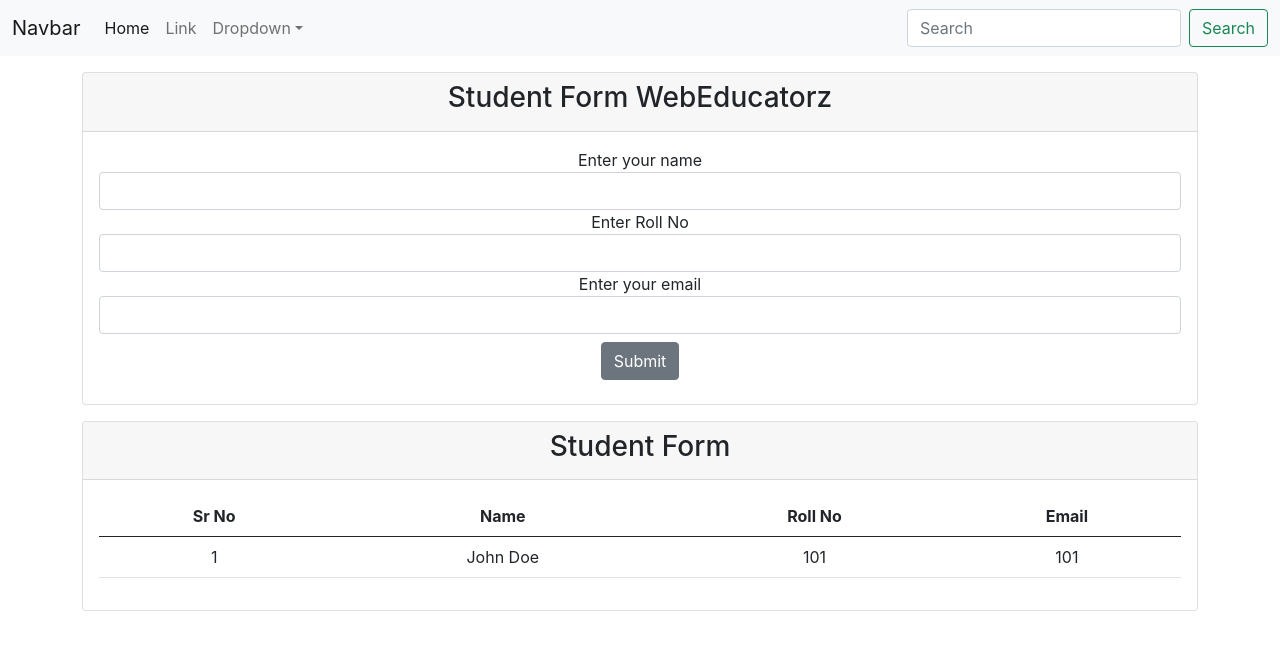
Repository: Ali0548/WebEducatorz-Batch6-7-9-10
Page: / (app in frontend/)
The author's editor kept a copy of each file at every save. The page is drawn from the files as they stood at one save, then again after the next save.
The browser window is 1280 px wide. The pictures show the whole page.
The project was rebuilt for these pictures with package versions that can differ from the ones it lists, and the page was loaded fresh each time.

Above is the page before, as saved 2023-11-26 16:48:57.

### frontend/src/App.js
import logo from './logo.svg';
import './App.css';
import Navbar from './components/Navbar';
import StudentForm from './components/StudentForm';
import ViewStudents from './components/ViewStudents';

function App() {
  return (
    <div className="App">
      <Navbar />
      <StudentForm />
      <ViewStudents />
    </div>
  );
}

export default App;

### frontend/src/components/Navbar.jsx
import React from 'react'

const Navbar = () => {
  return (
    <>
    <nav className="navbar navbar-expand-lg navbar-light bg-light">
        <div className="container-fluid">
          <a className="navbar-brand" href="#">Navbar</a>
          <button className="navbar-toggler" type="button" data-bs-toggle="collapse" data-bs-target="#navbarSupportedContent" aria-controls="navbarSupportedContent" aria-expanded="false" aria-label="Toggle navigation">
            <span className="navbar-toggler-icon"></span>
          </button>
          <div className="collapse navbar-collapse" id="navbarSupportedContent">
            <ul className="navbar-nav me-auto mb-2 mb-lg-0">
              <li className="nav-item">
                <a className="nav-link active" aria-current="page" href="#">Home</a>
              </li>
              <li className="nav-item">
                <a className="nav-link" href="#">Link</a>
              </li>
              <li className="nav-item dropdown">
                <a className="nav-link dropdown-toggle" href="#" id="navbarDropdown" role="button" data-bs-toggle="dropdown" aria-expanded="false">
                  Dropdown
                </a>
                <ul className="dropdown-menu" aria-labelledby="navbarDropdown">
                  <li><a className="dropdown-item" href="#">Action</a></li>
                  <li><a className="dropdown-item" href="#">Another action</a></li>
                  <li><hr className="dropdown-divider" /></li>
                  <li><a className="dropdown-item" href="#">Something else here</a></li>
                </ul>
              </li>

            </ul>
            <form className="d-flex">
              <input className="form-control me-2" type="search" placeholder="Search" aria-label="Search" />
              <button className="btn btn-outline-success" type="submit">Search</button>
            </form>
          </div>
        </div>
      </nav>
    </>
  )
}

export default Navbar

### frontend/src/components/StudentForm.jsx
import React, {useState} from 'react'

const StudentForm = () => {
    const [other, setOther] = useState("John Doe");

    let name = "John Doe";
    name = "WebEducatorz";
    function changeName(){
        name = "John Doe";
        setOther("WebEducatorz");
        console.log(name);
    }
  return (
    <>
    <div className="container my-3">
        <div className="card">
          <div className="card-header">
            <h3 className="card-title">Student Form {name}</h3>
          </div>
          <div className="card-body">
            <div className="form-group">
              <label htmlFor="">Enter your name</label>
              <input type="text" className="form-control" />
            </div>
            <div className="form-group">
              <label htmlFor="">Enter Roll No</label>
              <input type="text" className="form-control" />
            </div>
            <div className="form-group">
              <label htmlFor="">Enter your email</label>
              <input type="text" className="form-control" />
            </div>
            <button onClick={changeName} className="btn btn-secondary my-2">Submit</button>
          </div>
        </div>
      </div>
    </>
  )
}

export default StudentForm

### frontend/src/components/ViewStudents.jsx
import React from 'react'

const ViewStudents = () => {
  return (
    <>
    <div className="container my-3">
        <div className="card">
          <div className="card-header">
            <h3 className="card-title">Student Form</h3>
          </div>
          <div className="card-body">
           <table className="table">
            <thead>
              <tr>
                <th>Sr No</th>
                <th>Name</th>
                <th>Roll No</th>
                <th>Email</th>

              </tr>
            </thead>
            <tbody>
              <tr>
                <td>1</td>
                <td>John Doe</td>
                <td>101</td>
                <td>101</td>
              </tr>
            </tbody>
           </table>
          </div>
        </div>
      </div>
    </>
  )
}

export default ViewStudents

Loaded but not shown: frontend/public/index.html (common file); frontend/src/index.js (common file); frontend/src/index.css (common file); frontend/src/reportWebVitals.js (common file); frontend/src/App.css (common file)

After the next save:
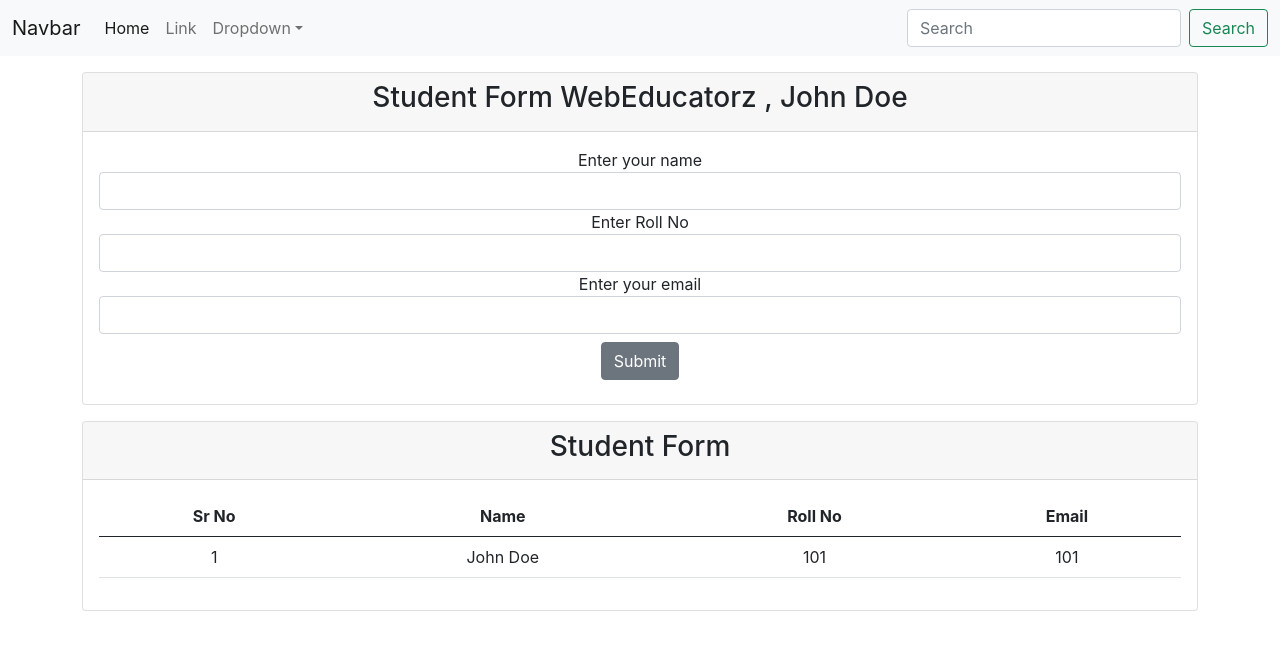
Saved 22 s later.
--- a/frontend/src/components/StudentForm.jsx
+++ b/frontend/src/components/StudentForm.jsx
@@ -15,7 +15,7 @@ const StudentForm = () => {
     <div className="container my-3">
         <div className="card">
           <div className="card-header">
-            <h3 className="card-title">Student Form {name}</h3>
+            <h3 className="card-title">Student Form {name} , {other}</h3>
           </div>
           <div className="card-body">
             <div className="form-group">
